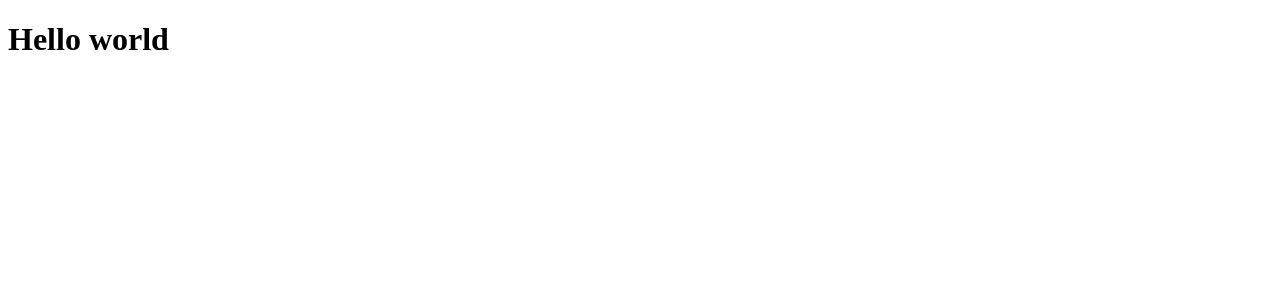
Repository: lamilekan263/amazon_clone
Page: /
The author's editor kept a copy of each file at every save. The page is drawn from the files as they stood at one save, then again after the next save.
The browser window is 1280 px wide. The pictures show the whole page.
The project was rebuilt for these pictures with package versions that can differ from the ones it lists, and the page was loaded fresh each time.

Above is the page before, as saved 2020-09-19 13:56:01.

After the next save:
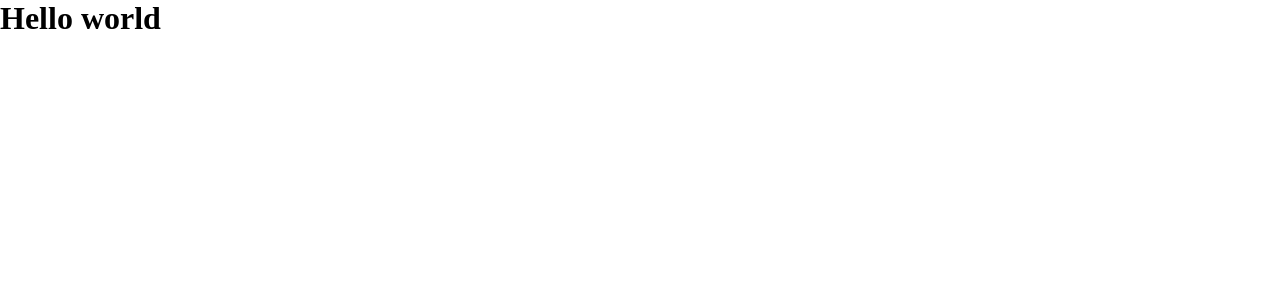
Saved 4 s later.
--- a/src/index.js
+++ b/src/index.js
@@ -3,7 +3,7 @@
 
 import App from './App';
 
-import './'
+import './index.css'
 
 ReactDOM.render(
     <App/>,
